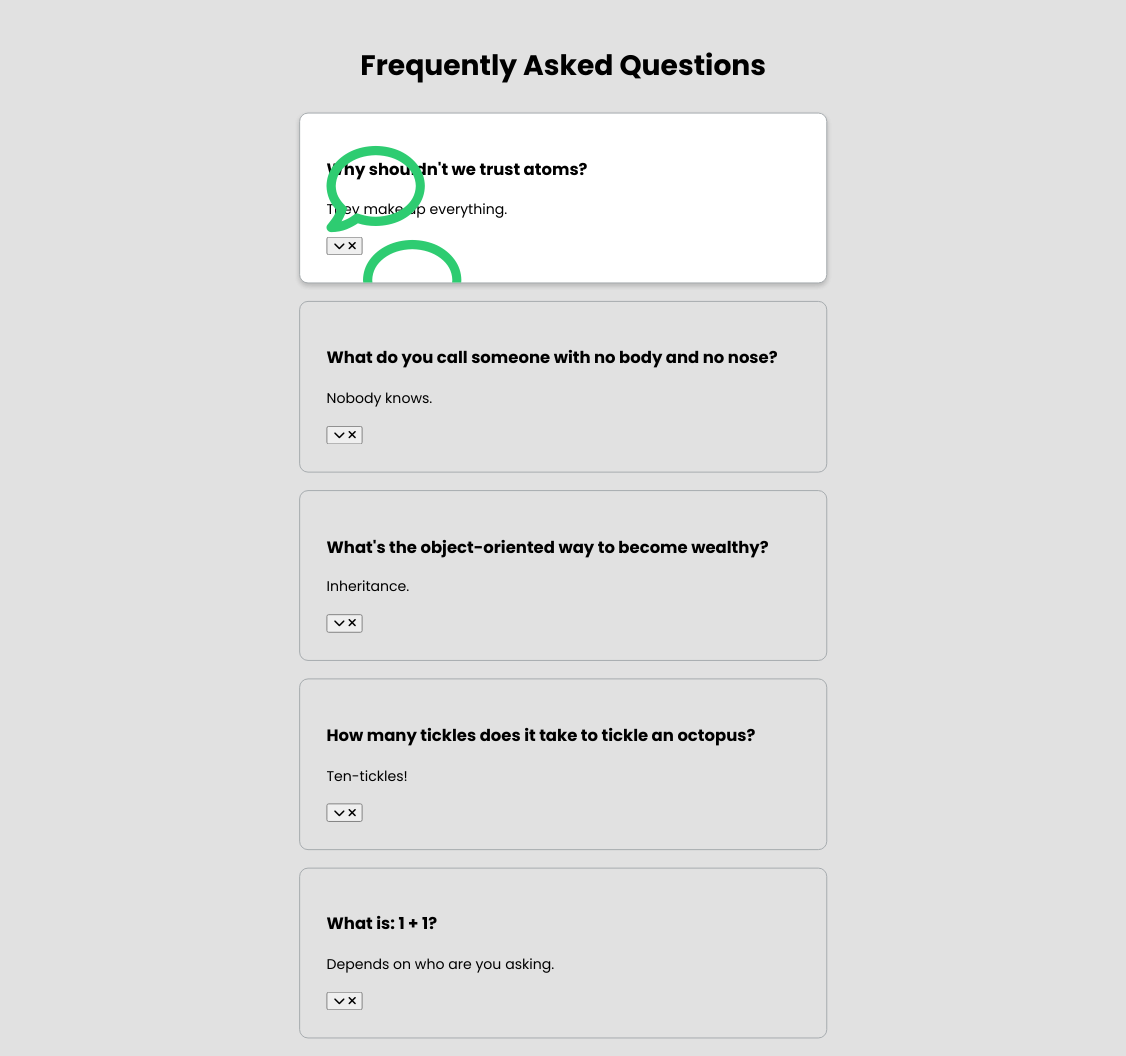
Repository: huynhvanngoan/50projectsin50days
Page: Day12/index.html
An editor plug-in stored every save of this project. The page is shown before and after a run of saves, followed by the edit.
The browser window is 1280 px wide. The pictures show the whole page, at 88% of full size.

Above is the page before, as saved 2022-11-14 23:09:35.

After the next 4 saves:
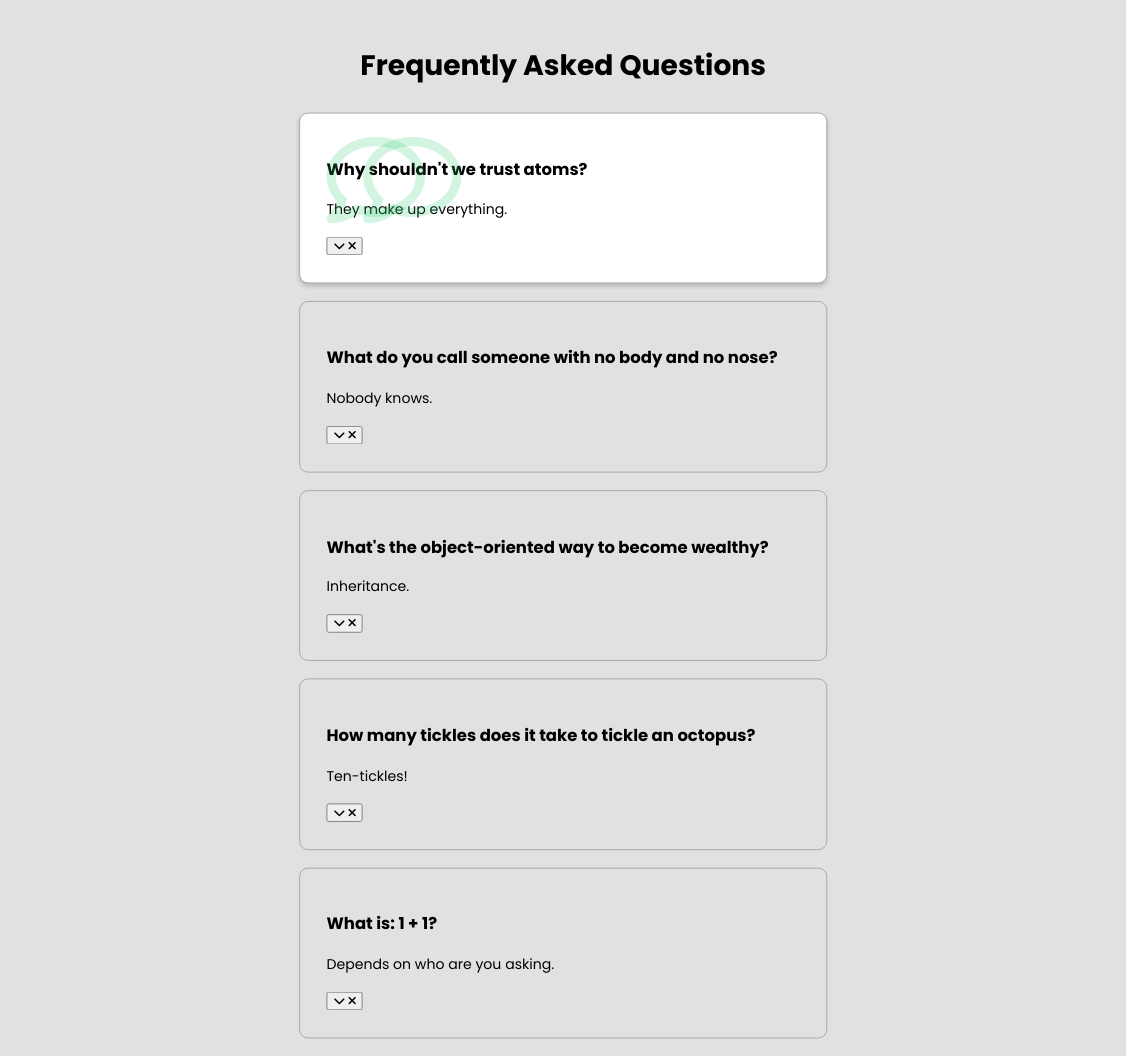
The 4 saves are shown as one change because they came seconds apart.
The last was saved 81 s later.
--- a/Day12/style.css
+++ b/Day12/style.css
@@ -38,4 +38,6 @@ h1{
     color: #2ecc71;
     font-size: 7rem;
     position: absolute;
+    opacity: 0.2;
+    top: 20px;
 }
